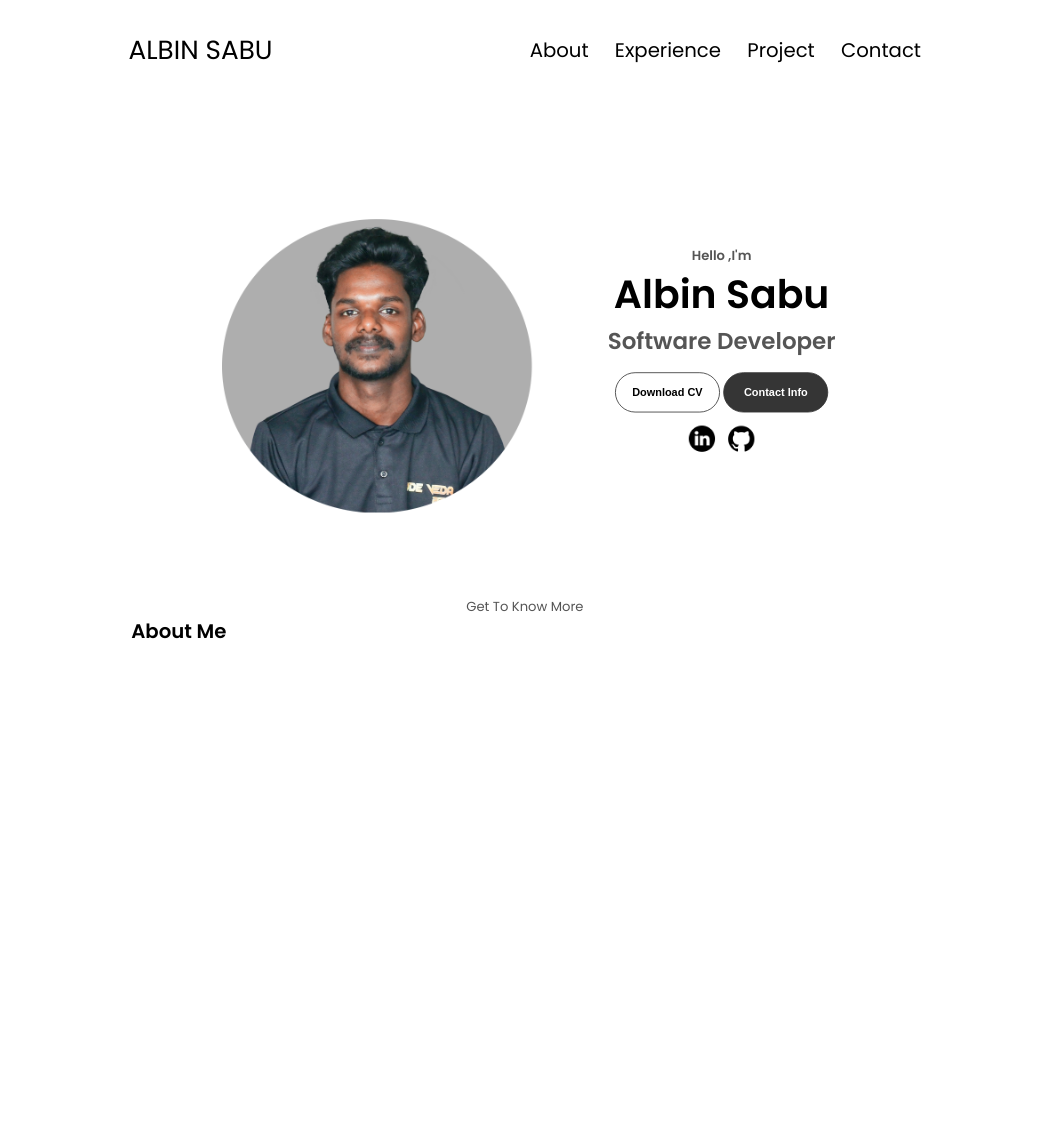
Repository: albinsabu2023/albinsabu
Page: index.html
An editor plug-in stored every save of this project. The page is shown before and after the next save, followed by the edit.
The browser window is 1280 px wide. The pictures show the whole page, at 82% of full size.

Above is the page before, as saved 2023-08-30 11:47:01.

After the next save:
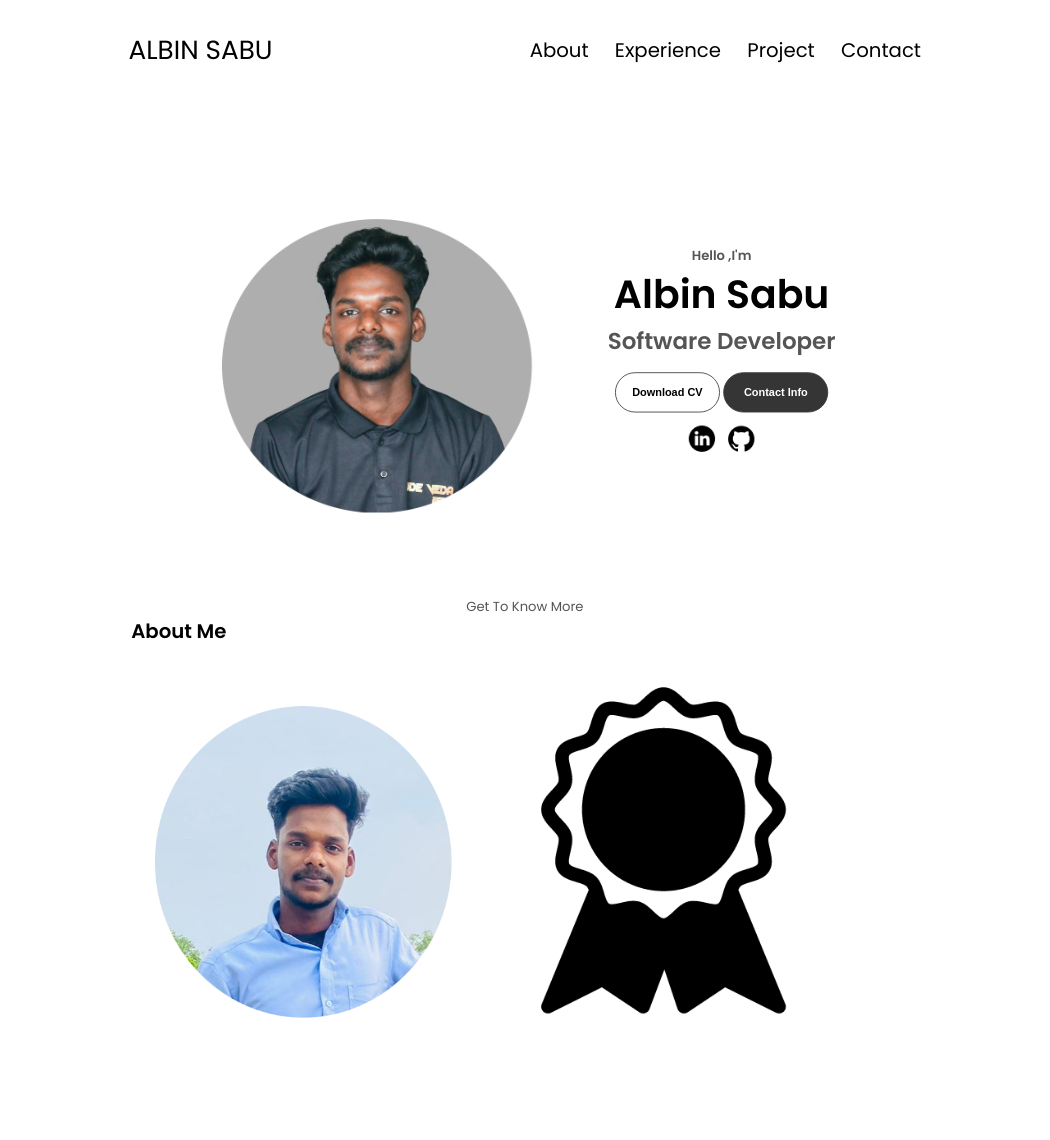
Saved 2 min 29 s later.
--- a/index.html
+++ b/index.html
@@ -59,6 +59,19 @@
     <section id="about">
         <p class="section__text__p1">Get To Know More</p>
         <h1>About Me</h1>
+        <div class="section-container">
+            <div class="section__pic-container">
+                <img src="./assets//about-pic.png" alt="profilepicture" class="about-pic">
+            </div>
+            <div class="about-details-container">
+                <div class="about-container">
+                    <div class="details-container">
+                        <img src="./assets/experience.png">
+                    </div>
+                </div>
+
+            </div>
+        </div>
     </section>
     <script src="script.js"></script>
 </body>
